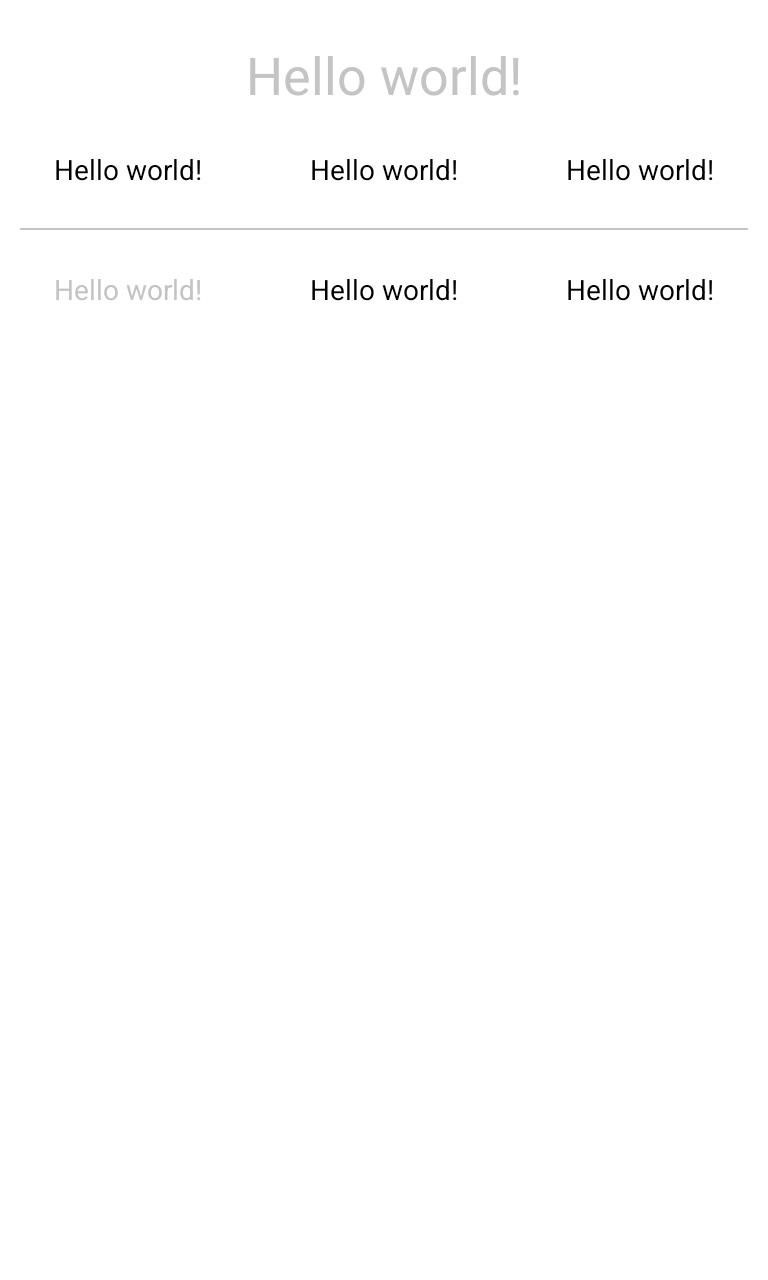
Repository: colincove/IAT381-Android
Layout: ColinCove_Assignment02/res/layout/activity_sensor_info.xml
The author's editor kept a copy of each file at every save. The layout is drawn from the files as they stood at one save, then again after the next save.
It is drawn on a 768 x 1280 px phone screen (xhdpi) without system bars, with theme AppTheme; the app's code is not run.

Above is the layout before, as saved 2013-10-04 19:04:43.

### ColinCove_Assignment02/res/layout/activity_sensor_info.xml
<?xml version="1.0" encoding="utf-8"?>
<TableLayout xmlns:android="http://schemas.android.com/apk/res/android"
    android:id="@id/sensor_display_layout"
    android:layout_width="fill_parent"
    android:layout_height="fill_parent"
    android:orientation="vertical"
    android:shrinkColumns="*"
    android:stretchColumns="*" >

    <TableRow
        android:layout_width="wrap_content"
        android:layout_height="wrap_content" >

        <TextView
            android:layout_width="wrap_content"
            android:layout_height="wrap_content"
            android:layout_marginBottom="20dip"
            android:layout_marginTop="20dip"
            android:layout_span="3"
            android:gravity="center"
            android:text="@string/hello_world"
            android:textColor="@color/low_contrast"
            android:textSize="26sp" />
    </TableRow>

    <TableRow
        android:layout_width="fill_parent"
        android:layout_height="wrap_content" >

        <TextView
            android:layout_width="wrap_content"
            android:layout_height="wrap_content"
            android:layout_span="1"
            android:gravity="center"
            android:text="@string/hello_world"
            android:textColor="@color/heigh_contrast" />

        <TextView
            android:layout_width="wrap_content"
            android:layout_height="wrap_content"
            android:layout_span="1"
            android:gravity="center"
            android:text="@string/hello_world"
            android:textColor="@color/heigh_contrast" />

        <TextView
            android:layout_width="wrap_content"
            android:layout_height="wrap_content"
            android:layout_span="1"
            android:gravity="center"
            android:text="@string/hello_world"
            android:textColor="@color/heigh_contrast" />
    </TableRow>

    <View
        android:layout_height="1dip"
        android:layout_marginBottom="20dip"
        android:layout_marginLeft="10dip"
        android:layout_marginRight="10dip"
        android:layout_marginTop="20dip"
        android:background="@color/low_contrast" />

     <TableRow
        android:layout_width="fill_parent"
        android:layout_height="wrap_content" >

        <TextView
            android:layout_width="wrap_content"
            android:layout_height="wrap_content"
            android:layout_span="1"
            android:gravity="center"
            android:text="@string/hello_world"
            android:textColor="@color/low_contrast" />

        <TextView
            android:layout_width="wrap_content"
            android:layout_height="wrap_content"
            android:layout_span="1"
            android:gravity="center"
            android:text="@string/hello_world"
            android:textColor="@color/heigh_contrast" />

        <TextView
            android:layout_width="wrap_content"
            android:layout_height="wrap_content"
            android:layout_span="1"
            android:gravity="center"
            android:text="@string/hello_world"
            android:textColor="@color/heigh_contrast" />
    </TableRow>

</TableLayout>

### ColinCove_Assignment02/res/values/strings.xml
<?xml version="1.0" encoding="utf-8"?>
<resources>

    <string name="app_name">ColinCove_Assignment02</string>
    <string name="action_settings">Settings</string>
    <string name="hello_world">Hello world!</string>
    <string name="test_btn">My Test Button</string>
    <!-- Sensor Info Titles -->
    <string name="resolution_title">Sensor Resolution</string>
    <string name="max_range_title">Max Range</string>
    <string name="min_delay_title">Min Range</string>
    <string name="power_title">Power</string>
<string name="type_title">Type</string>
<string name="vendor_title">Vendor</string>
<string name="version_title">Version</string>
</resources>

### ColinCove_Assignment02/res/values/colors.xml
<?xml version="1.0" encoding="utf-8"?>
<resources>
    <color name="low_contrast" >#c4c4c4</color>
    <color name="heigh_contrast" >#000000</color>
</resources>

Loaded but not shown: ColinCove_Assignment02/res/values/styles.xml (common file); ColinCove_Assignment02/res/values-v11/styles.xml (common file); ColinCove_Assignment02/res/values-v14/styles.xml (common file)

After the next save:
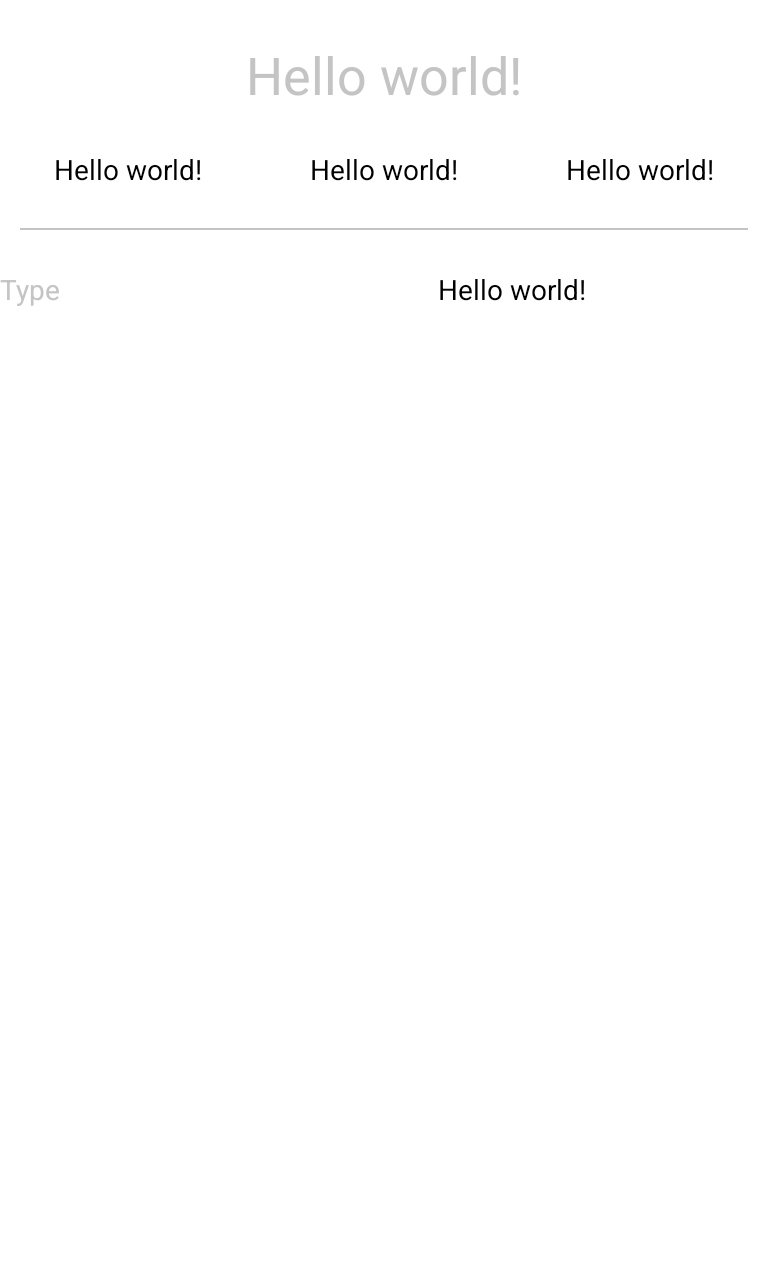
Saved 34 s later.
--- a/ColinCove_Assignment02/res/layout/activity_sensor_info.xml
+++ b/ColinCove_Assignment02/res/layout/activity_sensor_info.xml
@@ -68,25 +68,18 @@
             android:layout_width="wrap_content"
             android:layout_height="wrap_content"
             android:layout_span="1"
-            android:gravity="center"
-            android:text="@string/hello_world"
+            android:gravity="left"
+            android:text="@string/type_title"
             android:textColor="@color/low_contrast" />
 
         <TextView
             android:layout_width="wrap_content"
             android:layout_height="wrap_content"
-            android:layout_span="1"
+            android:layout_span="2"
             android:gravity="center"
             android:text="@string/hello_world"
             android:textColor="@color/heigh_contrast" />
 
-        <TextView
-            android:layout_width="wrap_content"
-            android:layout_height="wrap_content"
-            android:layout_span="1"
-            android:gravity="center"
-            android:text="@string/hello_world"
-            android:textColor="@color/heigh_contrast" />
     </TableRow>
 
 </TableLayout>
